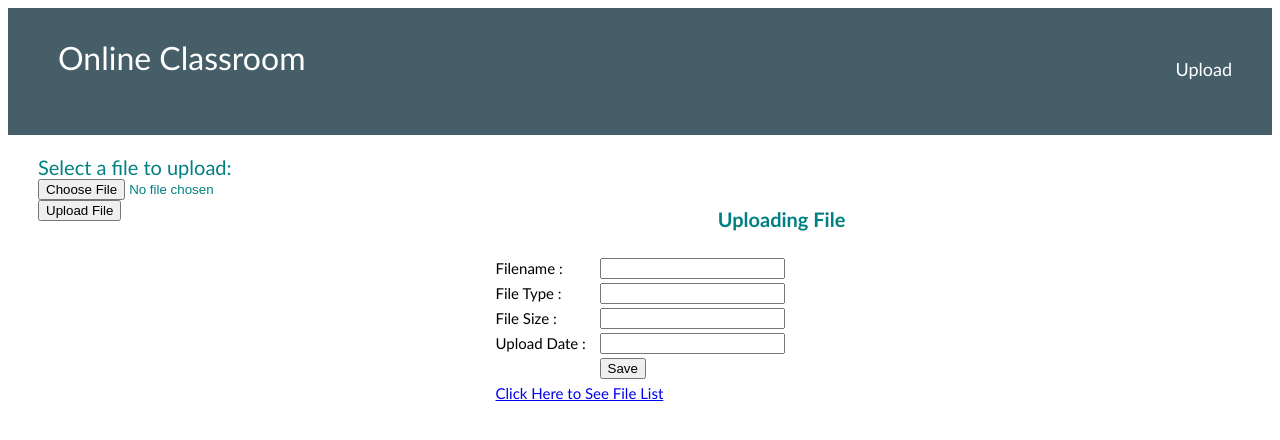
Repository: cs192-s2-2013/coffee
Page: http://localhost/BCOnlineClassroom/WEB-INF/jsp/register.jsp
An editor plug-in stored every save of this project. The page is shown before and after the next save, followed by the edit.
The browser window is 1280 px wide. The pictures show the whole page.
The page is served by Tomcat 9. Nobody is signed in. Other server files are loaded and not shown. The template is opened directly, without the code that normally fills it, so the values that code supplies are empty.

Above is the page before, as saved 2014-03-01 01:31:27.

### BCOnlineClassroom/WebContent/WEB-INF/jsp/register.jsp
<!--  Edit starts here -->
<%@ taglib uri="http://www.springframework.org/tags/form" prefix="form"%>
<!--  Edit ends here -->
<%@ taglib uri="http://java.sun.com/jsp/jstl/core" prefix="c" %>
<%@ page session="false" %>

<!--  Edit starts here -->
<!--  Edit ends here -->

<html>
<head>
<meta http-equiv="Content-Type" content="text/html; charset=UTF-8">
<title>Upload</title>
<!--  Edit starts here -->
<style>
body {
	font-size: 20px;
	color: teal;
	font-family: Calibri;
}

td {
	font-size: 15px;
	color: black;
	width: 100px;
	height: 22px;
	text-align: left;
}

.heading {
	font-size: 18px;
	color: white;
	font: bold;
	background-color: orange;
	border: thick;
}
</style>
<!--  Edit ends here -->
</head>
<body>
<div id="titlebox" style="background-color:#465e67; height:18%; margin-top:none;">
<div id="title" style="margin-top:30px; margin-left:50px; float:left;"><font size="6px" color="white">Online Classroom</font></div>

<div id="menu" style="margin-top:50px; margin-right:40px; float:right; ">
<font color="white"; size ="4px">Upload</font>
</div>
</div>
<div style="margin-top:20px; margin-left:30px; float:left;">
Select a file to upload: <br />
<form action="fileUploaded" method="post"
                        enctype="multipart/form-data">
<input type="file" name="file" size="50" />
<br />
<input type="submit" value="Upload File" />
</form>
</div>

<!--  Edit starts here -->
	<center>
		<br /> <br /> <br /> <b>Uploading File </b> <br />
		<br />
		<div>
			<form:form method="post" action="/insert" modelAttribute="matFile">
				<table>
					<tr>
						<td>Filename :</td>
						<td><form:input path="fileName" /></td>
					</tr>
					<tr>
						<td>File Type :</td>
						<td><form:input path="fileType" /></td>
					</tr>
					<tr>
						<td>File Size :</td>
						<td><form:input path="fileSize" /></td>
					</tr>
					<tr>
						<td>Upload Date :</td>
						<td><form:input path="uploadDate" /></td>
					</tr>
					<tr>
						<td>&nbsp;</td>
						<td><input type="submit" value="Save" /></td>
					</tr>
					<tr>

						<td colspan="2"><a href="getList">Click Here to See File List</a></td>
					</tr>
				</table>
			</form:form>
		</div>
	</center>
<!-- Edit ends here -->
</body>
</html>

After the next save:
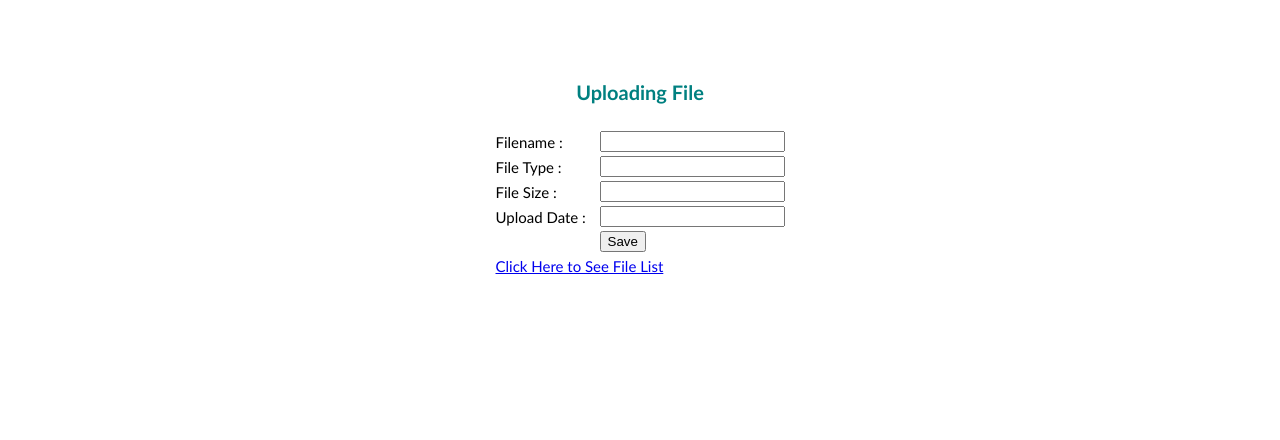
Saved 109 s later.
--- a/BCOnlineClassroom/WebContent/WEB-INF/jsp/register.jsp
+++ b/BCOnlineClassroom/WebContent/WEB-INF/jsp/register.jsp
@@ -1,17 +1,8 @@
-<!--  Edit starts here -->
 <%@ taglib uri="http://www.springframework.org/tags/form" prefix="form"%>
-<!--  Edit ends here -->
-<%@ taglib uri="http://java.sun.com/jsp/jstl/core" prefix="c" %>
-<%@ page session="false" %>
-
-<!--  Edit starts here -->
-<!--  Edit ends here -->
-
+<%@ taglib uri="http://java.sun.com/jsp/jstl/core" prefix="c"%>
 <html>
 <head>
-<meta http-equiv="Content-Type" content="text/html; charset=UTF-8">
-<title>Upload</title>
-<!--  Edit starts here -->
+<title>Blue Coffee | Online Classroom</title>
 <style>
 body {
 	font-size: 20px;
@@ -35,27 +26,8 @@ td {
 	border: thick;
 }
 </style>
-<!--  Edit ends here -->
 </head>
 <body>
-<div id="titlebox" style="background-color:#465e67; height:18%; margin-top:none;">
-<div id="title" style="margin-top:30px; margin-left:50px; float:left;"><font size="6px" color="white">Online Classroom</font></div>
-
-<div id="menu" style="margin-top:50px; margin-right:40px; float:right; ">
-<font color="white"; size ="4px">Upload</font>
-</div>
-</div>
-<div style="margin-top:20px; margin-left:30px; float:left;">
-Select a file to upload: <br />
-<form action="fileUploaded" method="post"
-                        enctype="multipart/form-data">
-<input type="file" name="file" size="50" />
-<br />
-<input type="submit" value="Upload File" />
-</form>
-</div>
-
-<!--  Edit starts here -->
 	<center>
 		<br /> <br /> <br /> <b>Uploading File </b> <br />
 		<br />
@@ -90,6 +62,5 @@ Select a file to upload: <br />
 			</form:form>
 		</div>
 	</center>
-<!-- Edit ends here -->
 </body>
 </html>
